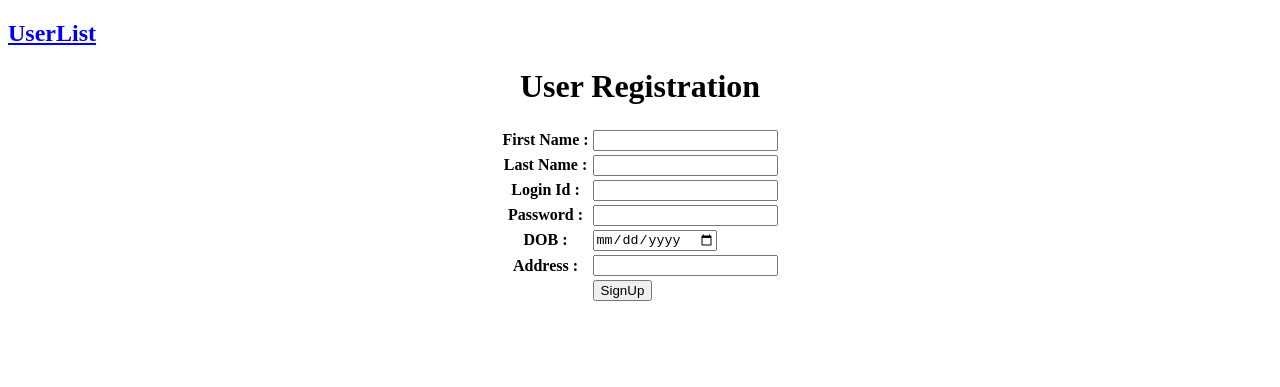
Repository: HimanshuJain1991/ProjectModuleUseCase
Page: http://localhost/Practice/UserRegistrationView.jsp
The author's editor kept a copy of each file at every save. The page is drawn from the files as they stood at one save, then again after the next save.
The browser window is 1280 px wide. The pictures show the whole page.
The page is served by Tomcat 9.

Above is the page before, as saved 2024-02-27 20:07:00.

After the next save:
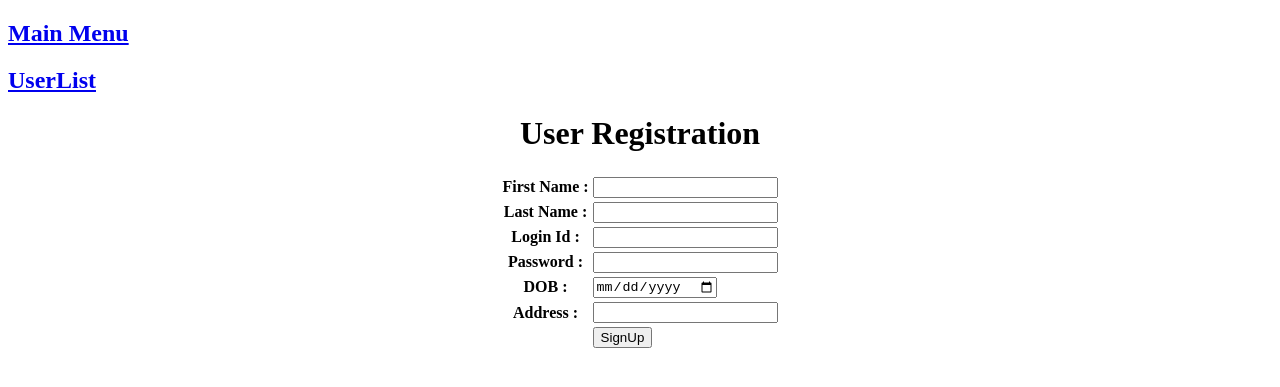
Saved 82 s later.
--- a/Practice/src/main/webapp/UserRegistrationView.jsp
+++ b/Practice/src/main/webapp/UserRegistrationView.jsp
@@ -9,6 +9,7 @@
 </head>
 
 <body>
+<h2><a href="index.jsp"> Main Menu</a></h2>
 <h2><a href="UserListCtl"> UserList</a></h2>
 	<form action="UserRegistrationCtl" method="post">
 		<center>
